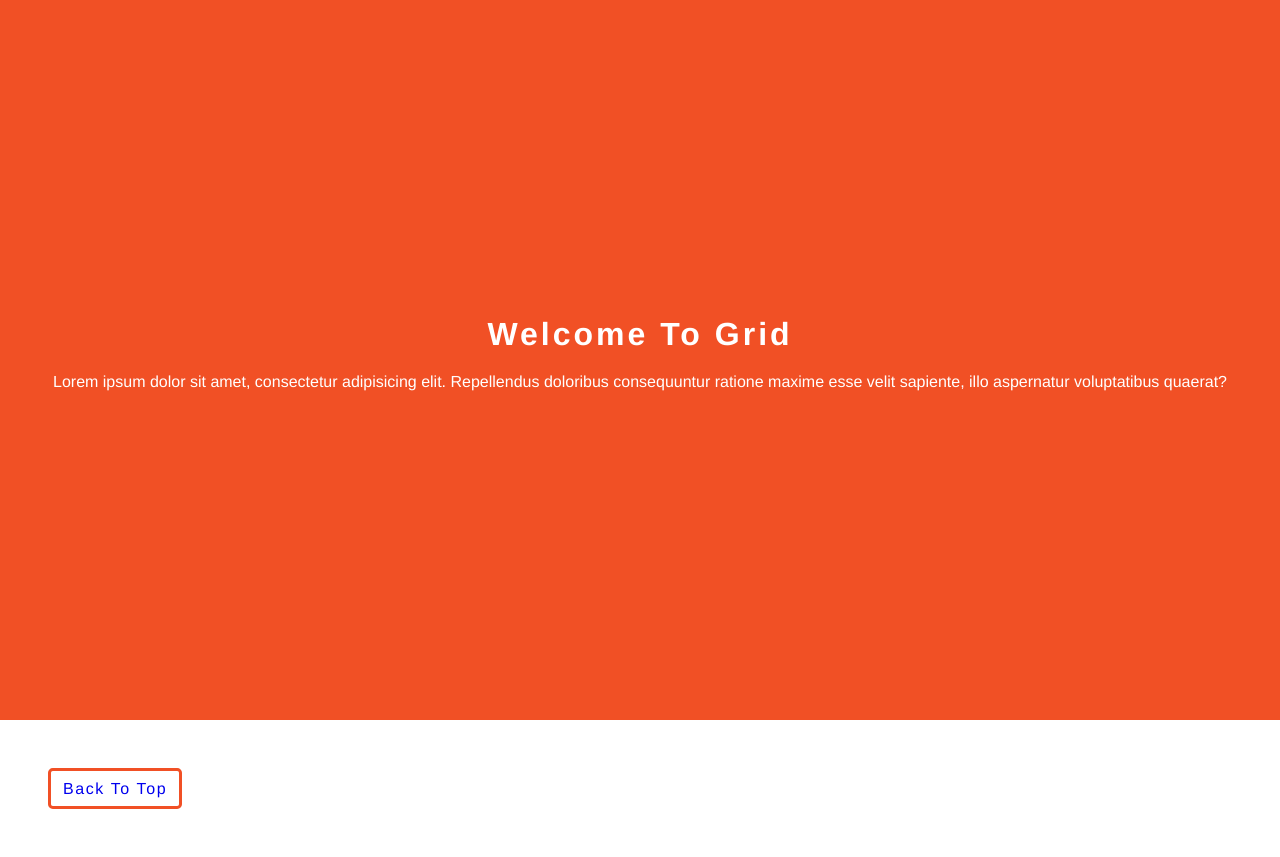
Repository: Ndifoinhilary/css_grid
Page: css-grid-learn/hero.html
These files come from the project's save history. The page is drawn as it stood at one moment and after the next save; the edit follows.
The browser window is 1280 px wide. The pictures show the whole page.

Above is the page before, as saved 2024-01-28 17:04:25.

After the next save:
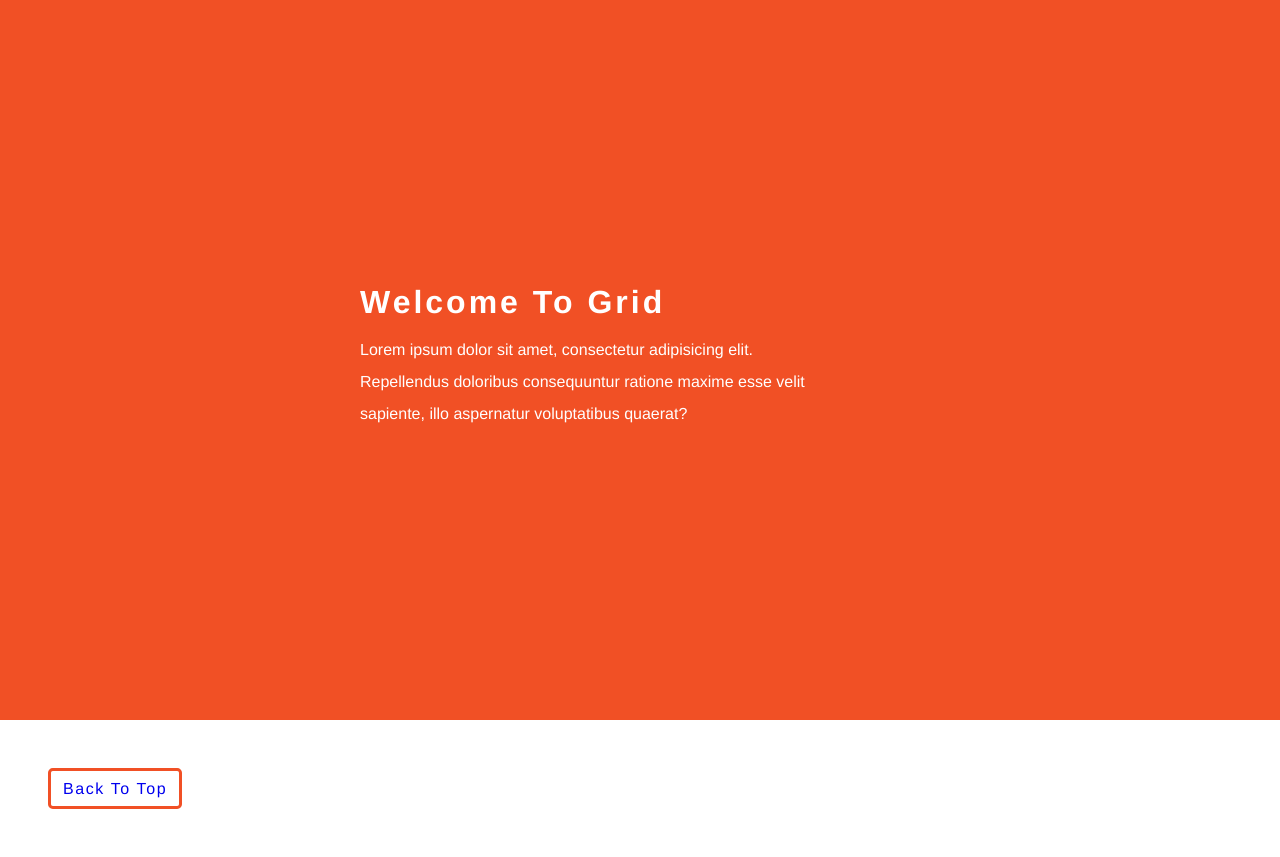
Saved 2 min 26 s later.
--- a/css-grid-learn/main.css
+++ b/css-grid-learn/main.css
@@ -149,6 +149,11 @@ hero css here
  }
 
  .hero-banner{
-    text-align: center;
+    /* text-align: center; */
 
  }
+
+ .hero-banner p{
+    width: 80%;
+    max-width: 560px;
+ }
